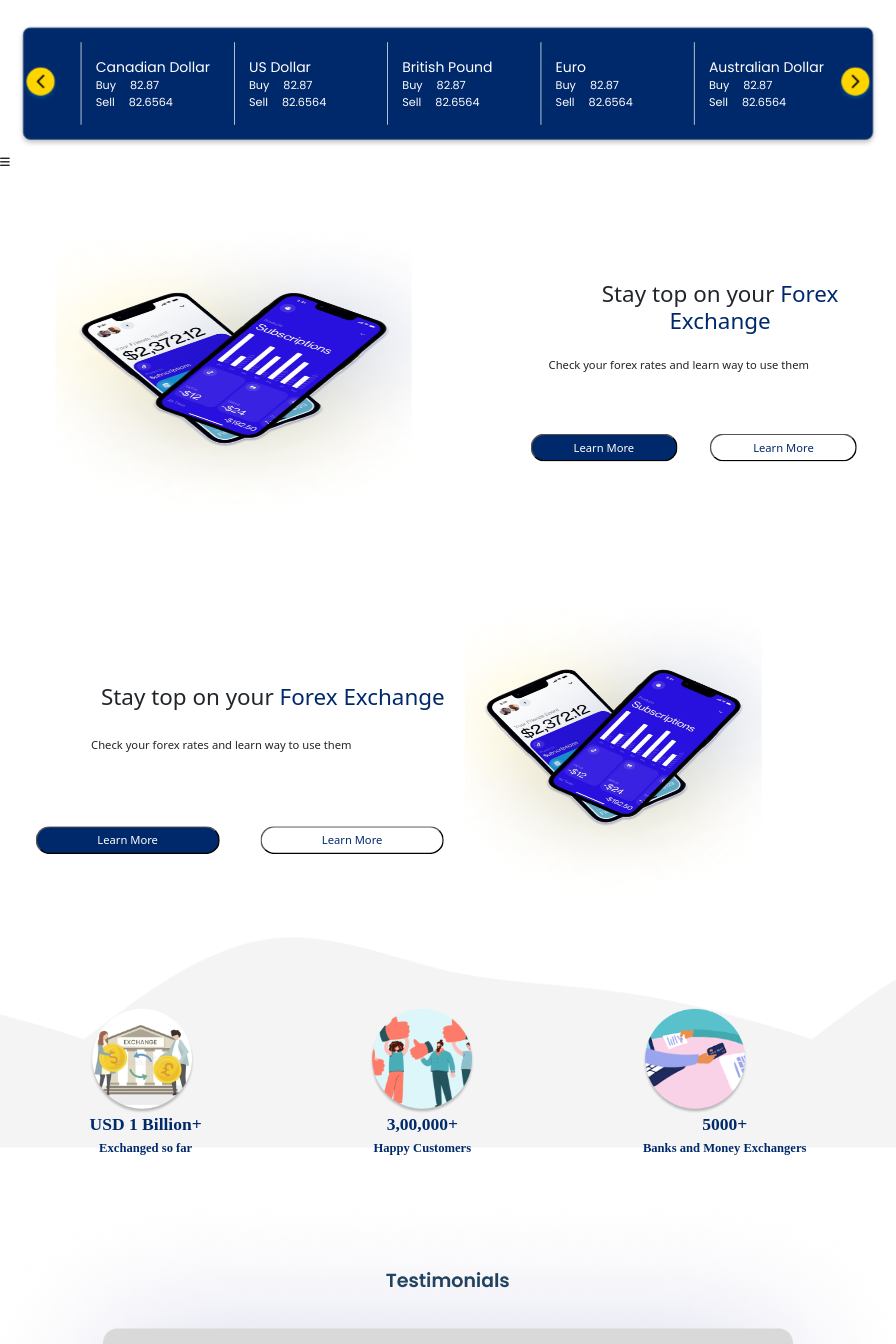
Repository: FlyweisReact/Akshadeep-latest
Page: /
The author's editor kept a copy of each file at every save. The page is drawn from the files as they stood at one save, then again after the next save.
The browser window is 1280 px wide. The pictures show the part of the page from y = 745 to 2665 px (the page is 4508 px tall before and 4532 px after), at 70% of full size.
Some web libraries are served in a nearby version. The project was rebuilt for these pictures with package versions that can differ from the ones it lists, and the page was loaded fresh each time. Also part of the build but not shown: src/components/exchange.jsx, src/components/order_p1.jsx, src/components/order_p2.jsx, src/components/faas.jsx, src/components/offer.jsx, src/components/main2.jsx, src/components/home.jsx, src/components/slider.jsx and 6 more.

Above is the page before, as saved 2023-05-23 15:40:23.

### public/index.html
<!DOCTYPE html>
<html lang="en">
  <head>
    <meta charset="utf-8" />
    <link rel="icon" href="%PUBLIC_URL%/favicon.ico" />
    <meta name="viewport" content="width=device-width, initial-scale=1" />
    <meta name="theme-color" content="#000000" />
    <meta
      name="description"
      content="Web site created using create-react-app"
    />
    <link rel="apple-touch-icon" href="%PUBLIC_URL%/logo192.png" />

    <link rel="manifest" href="%PUBLIC_URL%/manifest.json" />
    <link rel="stylesheet" href="https://cdnjs.cloudflare.com/ajax/libs/font-awesome/5.15.3/css/all.min.css" />
    <link href="https://cdn.jsdelivr.net/npm/bootstrap@5.3.0-alpha1/dist/css/bootstrap.min.css" rel="stylesheet" integrity="sha384-GLhlTQ8iRABdZLl6O3oVMWSktQOp6b7In1Zl3/Jr59b6EGGoI1aFkw7cmDA6j6gD" crossorigin="anonymous">
    <title>React App</title>
  </head>
  <body>
    <noscript>You need to enable JavaScript to run this app.</noscript>
    <div id="root"></div>
    <script src="https://kit.fontawesome.com/b533b351e4.js" crossorigin="anonymous"></script>
  </body>
</html>

### src/components/Main.jsx
/** @format */

import React from "react";
import Navbar from "./navbar";
import "react-responsive-carousel/lib/styles/carousel.min.css";
import BottomCont from "./bottom_cont";
import Footer from "./footer";
import img from "../Images/a-7.png";
import img5 from "../Images/a-58.png";
import UpperForm from "./Component/Index/UpperForm";
import UpperSlider from "./Component/Index/UpperSlider";
import CurrencySlider from "./Component/Index/CurrencySlider";

function Main() {
  return (
    <>
      <Navbar />

      <div className="upper-two-component">
        <div className="left-component">
          <UpperForm />
        </div>
        <div className="right-component">
          <UpperSlider />
        </div>
      </div>

      <div className="Index-currency_cont">
        <CurrencySlider />
      </div>

      <div className="Index_center_button">
      <i className="fa-solid fa-bars"></i>
        <p></p>
      </div>

      {/* <div className="main-mid-2-cont">
        <img src={img5} alt="" />
      </div> */}

      <div className="main-2-cont">
        <div className="main-2-left">
          <img src={img} alt="" />
        </div>
        <div className="main-2-right">
          <h2>
            Stay top on your <spam className="sp">Forex Exchange</spam>
          </h2>
          <p>Check your forex rates and learn way to use them</p>
          <div className="main-2-r-btn">
            <button className="main-2l-btn">Learn More</button>
            <button className="main-2r-btn">Learn More</button>
          </div>
        </div>
      </div>
      <div className="main-3-cont">
        <div className="main-3-left">
          <h2>
            Stay top on your <spam className="sp">Forex Exchange</spam>
          </h2>
          <p>Check your forex rates and learn way to use them</p>
          <div className="main-2-r-btn">
            <button className="main-2l-btn">Learn More</button>
            <button className="main-2r-btn">Learn More</button>
          </div>
        </div>
        <div className="main-3-right">
          <img src={img} alt="" />
        </div>
      </div>
      <BottomCont />
      <Footer />
    </>
  );
}

export default Main;

### src/Style/Header.css
/** @format */

.Sticky-Header-Companent {
  height: 100%;
  background-color: var(--white);
  position: sticky;
  top: 0;
  z-index: 999;
  padding: 20px;
  transition: box-shadow 0.3s ease;
}

.scrolled {
  box-shadow: rgba(0, 0, 0, 0.24) 0px 3px 8px;
}

.Header {
  width: 100%;
  display: flex;
  justify-content: space-between;
  align-items: center;
}

.Header .left-component a {
  font-family: InterFont;
  font-size: 2rem;
  color: #000000;
  cursor: pointer;
  text-decoration: none;
}

.Header .right-component {
  display: flex;
  gap: 20px;
}
.Header .right-component .btn1 {
  font-weight: 500;
  font-size: var(--medium-font);
  color: var(--black);
  background-color: transparent;
  border: none;
}
.Header .right-component .btn2 {
  font-size: var(--medium-font);
  color: var(--white);
  background-color : #00296B;
  border: 1px solid #00296B;
  padding: 10px;
  width: 200px;
  border-radius: var(--half-border);
}

/* Category Drop- Down */
.Drop-Category-Bar {
  display: flex;
  align-items: center;
}
.Drop-Category-Bar .left-container {
  width: 20%;
  padding: 20px;
}

.Drop-Category-Bar .right-Container {
  display: flex;
  width: 60%;
  justify-content: space-evenly;
}

.Drop-Category-Bar .left-container i {
  font-size: var(--medium-font);
  cursor: pointer;
}
.Drop-Category-Bar .right-Container #dropdown-basic {
  border: none;
  font-size: var(--medium-font);
  font-style: normal;
  line-height: 29px;
  color: #333131;
}
.Drop-Category-Bar .right-Container #dropdown-button-drop-end {
  width: 100%;
  display: flex;
  justify-content: space-between;
  gap: 20px;
  align-items: center;
  font-size: var(--small-font);
  border: none;
}
.Drop-Category-Bar .right-Container .dropdown-item {
  width: 100%;
  font-size: var(--small-font);
  border: none;
  padding-left: 12px;
}

/* FullScreen Offcanvas */
.offcanvas.offcanvas-start {
  width: 100% !important;
  background-color: transparent;
}
.offcanvas-backdrop.show {
  opacity: 0.9 !important;
}
.Offcanvas-Menu {
  position: relative;
  padding: 20px;
}
.Offcanvas-Menu .fa-x {
  font-size: var(--medium-font);
  color: #fff;
  position: absolute;
  right: 20px;
  top: 20px;
  cursor: pointer;
}
.Offcanvas-Menu .Menu-Items {
  display: flex;
  justify-content: space-evenly;
  align-items: center;
  position: absolute;
  top: 50%;
  gap: 20px;
  left: 50%;
  transform: translate(-50%, -50%);
  width: 100%;
  padding-left: 5%;
  padding-right: 5%;
}
.Offcanvas-Menu .Menu-Items div {
  width: 20%;
  cursor: pointer;
}
.Offcanvas-Menu .Menu-Items div img {
  display: block;
  margin: auto;
}
.Offcanvas-Menu .Menu-Items div a {
  text-decoration: none;
}
.Offcanvas-Menu .Menu-Items p {
  font-size: var(--medium-font);
  color: #ffffff;
  text-align: center;
  margin-top: 10px;
  font-family: OpenFont;
  text-decoration: none;
  width: 100%;
}

### src/Style/Layout.css
/* Two Section Component */
.upper-two-component {
    display: flex;
    justify-content: space-evenly;
    padding-top: 20px;
}
.upper-two-component .left-component{
    width: 40%;
}
.upper-two-component .right-component{
    width: 50%;
}

/* Currency Container */
.Index-currency_cont{
    width: 98%;
    margin: auto;
    padding: 20px;
    filter: drop-shadow(0px 4px 4px rgba(0, 0, 0, 0.25));
    padding-top: 5%;
}

### src/Style/Component.css
/**
 * Upper Form Component
 *
 * @format
 */

.Index-Upper-Form {
  width: 100%;
  padding-top: 20px;
}
.Index-Upper-Form .button-container {
  display: flex;
  align-items: center;
  justify-content: center;
  gap: 10px;
  width: 100%;
}
.Index-Upper-Form .button-container button {
  background-color: #fff;
  color: #333;
  border: 1px solid #ffd500;
  font-size: var(--small-font);
  cursor: pointer;
  padding: 10px;
  width: 20%;
  font-family: OpenFont;
  border-radius: 4px;
  transition: 0.5s;
}
.Index-Upper-Form .button-container button:hover {
  background: #ffd500;
}
.Index-Upper-Form .form-cont {
  width: 100%;
  margin-top: 10px;
  background: #00296b;
  border: 1px solid #333131;
  box-shadow: 0px 0px 100px 8px rgba(255, 213, 0, 0.3);
  border-radius: 12px;
  position: relative;
  padding: 20px;
}
.Index-Upper-Form .form-cont .form-part-1 .two-cont {
  display: flex;
  justify-content: space-between;
  width: 100%;
}
.Index-Upper-Form .form-cont .form-part-1 .two-cont div {
  width: 45%;
}
.Index-Upper-Form .form-cont .form-part-1 .two-cont div label {
  color: var(--white);
  font-size: var(--extra-small-font);
  font-family: PoppinFont;
  line-height: 24px;
  color: #ffffff;
}

.Index-Upper-Form .form-cont .form-part-1 .two-cont div select {
  width: 100%;
  margin-top: 3px;
  outline: none;
  font-size: var(--extra-small-font);
  color: #897f7f;
  font-family: PoppinFont;
  padding: 10px;
  border-radius: 4px;
  border: 1px solid #897f7f;
}
.Index-Upper-Form .form-cont .form-part-1 .rate {
  font-size: 16px;
  line-height: 24px;
  color: #ffffff;
  margin-top: 10px;
  font-family: PoppinFont;
}
.Index-Upper-Form .form-cont .form-part-1 .two-cont div input {
  width: 100%;
  margin-top: 3px;
  outline: none;
  font-size: var(--extra-small-font);
  color: #897f7f;
  font-family: PoppinFont;
  padding: 10px;
  border-radius: 4px;
  border: 1px solid #897f7f;
}
.Index-Upper-Form .form-cont .form-part-1 .two-cont div input::placeholder {
  color: #897f7f;
}
.Index-Upper-Form .form-cont .form-part-1 .two-cont .two-section {
  display: flex;
  gap: 10px;
  color: var(--white);
  margin-top: 10px;
  align-items: center;
}
.Index-Upper-Form .form-cont .form-part-1 .two-cont .two-section p {
  margin: 0;
  font-family: PoppinFont;
}
.Index-Upper-Form .form-cont .form-part-1 .two-cont .two-section button {
  background-color: #214360;
  outline: none;
  border: 1px solid #214360;
  color: var(--white);
  font-family: PoppinFont;
}
.Index-Upper-Form .form-cont .form-part-1 .two-cont .two-section i {
  color: #ffd500;
}
.Index-Upper-Form .form-cont .form-part-1 .two-cont .two-section .add {
  color: #ffd500;
  text-decoration: underline;
}
.Index-Upper-Form .form-cont .ord-btn {
  font-size: var(--medium-font);
  font-family: PoppinFont;
  background: #ffd500;
  border-radius: 30.2748px;
  border: none;
  width: 40%;
  padding: 10px;
  display: block;
  margin: auto;
  position: absolute;
  top: 98%;
  cursor: pointer;
  left: 50%;
  transform: translate(-50%, -50%);
}

/* Slick Slider */
.slick-slider-Cont {
  position: relative;
}
.slick-slider-Cont .Prev-Next_cont {
  display: flex;
  justify-content: space-between;
}
.slick-slider-Cont .Prev-Next_cont .PrevImg {
  position: absolute;
  top: 50%;
  left: 5%;
  transform: translate(-50%, -50%);
  cursor: pointer;
}
.slick-slider-Cont .Prev-Next_cont .NextImg {
  position: absolute;
  top: 50%;
  left: 95%;
  transform: translate(-50%, -50%);
  cursor: pointer;
}

.Slick-Slider {
  height: 100%;
  padding: 20px;
}
.Slick-Slider .slider-container-div {
  width: 100%;
}
.Slick-Slider .slider-container-div p {
  font-family: PoppinFont;
  font-size: 24px;
  line-height: 40px;
  color: #000;
  text-align: center;
  margin: 0;
}
.Slick-Slider .slider-container-div img {
  display: block;
  margin: auto;
}
.Slick-Slider:focus {
  border: none !important;
}
.Slick-Slider:active {
  border: none !important;
}

.Slick-Slider .slider-container-div .two-comp {
  display: flex;
  justify-content: space-evenly;
  gap: 10px;
}
.Slick-Slider .slider-container-div .two-comp .left-comp {
  width: 45%;
  position: relative;
}
.Slick-Slider .slider-container-div .two-comp .left-comp img {
  position: absolute;
  top: 50%;
  left: 50%;
  transform: translate(-50%, -50%);
}
.Slick-Slider .slider-container-div .two-comp .right-comp {
  width: 60%;
}
.Slick-Slider .slider-container-div .two-comp .right-comp div {
  display: flex;
  padding-top: 20px;
  gap: 20px;
  align-items: center;
}
.Slick-Slider .slider-container-div .two-comp .right-comp p {
  margin: 0;
  font-size: var(--extra-small-font);
  line-height: normal;
  width: 90%;
  text-align: left;
}
.Slick-Slider .slider-container-div .two-comp .right-comp i {
  margin: 0;
  background-color: #00a067;
  color: #fff;
  border-radius: 100%;
  padding: 5px;
}


/* Currency-Slider  */
.currency_slider_cont{
  background-color: #00296B;
  border: 1px solid #00296B;
  border-radius: 10px;
  position: relative;
  width: 100%;
}
.currency_slider_cont .currency_slider{
  height: 100%;
  padding: 20px;
  padding-left: 5%;
  padding-right: 5%;
}
.currency_slider_cont .currency_slider:focus {
  border: none !important;
}
.currency_slider_cont .currency_slider:active {
  border: none !important;
}

.currency_slider_cont .currency_slider .Item{
  color: #fff;
  border-right: 1px solid #fff;
  padding: 20px;
  width: 20%;
}
.currency_slider_cont .currency_slider .Item p{
  margin: 0;
}
.currency_slider_cont .currency_slider .Item .head{
  font-family: PoppinFont;
  font-size: var(--medium-font);
}
.currency_slider_cont .currency_slider .Item .two_sec{
  display: flex;
  align-items: center;
  gap: 20px;
}
.currency_slider_cont .currency_slider .Item .two_sec p{
  font-family: PoppinFont;
font-size: var(--extra-small-font);
}
.currency_slider_cont .Prev-Next_cont {
  display: flex;
  justify-content: space-between;
}
.currency_slider_cont .Prev-Next_cont .PrevImg {
  position: absolute;
  top: 50%;
  left: 2%;
  transform: translate(-50%, -50%);
  cursor: pointer;
}
.currency_slider_cont .Prev-Next_cont .NextImg {
  position: absolute;
  top: 50%;
  left: 98%;
  transform: translate(-50%, -50%);
  cursor: pointer;
}

.slick-prev:before {
  display: none !important;
}
.slick-next:before{
  display: none
  ;
}

### src/components/navbar.jsx
import Header from "./Layout/Header";

const Navbar = () => {
  return (
    <>
      <Header />

    </>
  );
};

export default Navbar;

### src/components/bottom_cont.jsx
import React from "react";
import img from "../Images/a-33.png";
import img2 from "../Images/a-34.png";
import img3 from "../Images/a-35.png";
import img4 from "../Images/a-36.png";
import img5 from "../Images/a-37.png";
import img6 from "../Images/a-51.png";

const BotCont = () => {
  return (
    <>
      <div className="bot-part-1">
        <div className="bot-cont-imgs">
          <div>
            <img src={img} />
            <h6>USD 1 Billion+</h6>
            <p>Exchanged so far</p>
          </div>
          <div>
            <img src={img2} />
            <h6>3,00,000+</h6>
            <p>Happy Customers</p>
          </div>
          <div>
            <img src={img3} />
            <h6>5000+</h6>
            <p>Banks and Money Exchangers</p>
          </div>
        </div>
      </div>
      <div className="bot-part-3">
        <img src={img6} />
      </div>
      <div className="bot-part-2">
        <h3>Media Mentions</h3>
        <div className="bot-part-2-sub">
          <div className="bot-cont-card">
            <h4>Loren Ipsum Id best Platform out there</h4>
            <p>
              Lorem Ipsum is simply dummy text of the printing and typesetting
              industry. Lorem Ipsum has been the industry's standard dummy text
              ever since the 1500s, when an unknown printer took a galley of
              type and scrambled it to make a type specimen book.
            </p>
            <div className="thin-line"></div>
            <div className="bot-cont-card-2">
              <img src={img4} />
              <p>5 star</p>
            </div>
          </div>
          <div className="bot-cont-card">
            <h4>Loren Ipsum Id best Platform out there</h4>
            <p>
              Lorem Ipsum is simply dummy text of the printing and typesetting
              industry. Lorem Ipsum has been the industry's standard dummy text
              ever since the 1500s, when an unknown printer took a galley of
              type and scrambled it to make a type specimen book.
            </p>
            <div className="thin-line"></div>
            <div className="bot-cont-card-2">
              <img src={img5} style={{height:"40px"}} />
              <p>5 star</p>
            </div>
          </div>
        </div>
      </div>
    </>
  );
};

export default BotCont;

### src/components/footer.jsx
import React from "react";

const Footer = () => {
  return (
    <footer className="footer">
      <div className="footer-cont">
        <div className="foot-row">
          <div className="foot-col">
            <h3>Company</h3>
            <p>About Us</p>
            <p>Contact Us</p>
            <p>Careers</p>
          </div>
          <div className="foot-col">
            <h3>Services</h3>
            <p>Prepaid Travel Card</p>
            <p>Foreign Demand Draft</p>
            <p>Foreign Currency</p>
            <p>Educational Loans</p>
            <p>Remmittance</p>
            <p>Travel Insurance</p>
            <p>Forex as a Service (Faas Solution)</p>
          </div>
          <div className="foot-col">
            <h3>Quick Links</h3>
            <p>FAQs</p>
            <p>Cancellation & Refund Policy</p>
            <p>Forex Rates</p>
            <p>Our Policies</p>
            <p>Terms of Use</p>
            <p>Site Map</p>
            <p>Offers</p>
          </div>
          <div className="foot-col">
            <h3>Insight</h3>
            <p>Blogs</p>
            <p>Press Release</p>
            <p>Foreign Currency</p>
            <p>Educational Loans</p>
            <p>Remmittance</p>
            <p>Travel Insurance</p>
            <p>Forex as a Service (Faas Solution)</p>
          </div>
          <div className="foot-col">
            <h3>Registered Office Address</h3>
            <p>Lorem Ipsum Pvt ltd.</p>
            <p>P-701 to P-705 lorem ipsum , 7th floor, 11th tower, panchsheel primerose, vatista
                , Gurugram, Hariyana
            </p>
            {/*<ul className="social-icons">
              <li>
                <a href="#">
                  <i className="fab fa-facebook-f"></i>
                </a>
              </li>
              <li>
                <a href="#">
                  <i className="fab fa-twitter"></i>
                </a>
              </li>
              <li>
                <a href="#">
                  <i className="fab fa-linkedin"></i>
                </a>
              </li>
              <li>
                <a href="#">
                  <i className="fab fa-instagram"></i>
                </a>
              </li>
            </ul>*/}
          </div>
        </div>
      </div>
      <div className="footer-bottom">
        <p>&copy; 2023 Forex Inc. All Rights Reserved.</p>
      </div>
    </footer>
  );
};

export default Footer;

### src/components/signup.jsx
import Button from "react-bootstrap/Button";
import Modal from "react-bootstrap/Modal";

function MyVerticallyCenteredModal(props) {
  return (
    <Modal
      {...props}
      size="lg"
      aria-labelledby="contained-modal-title-vcenter"
      centered
    >
      <Modal.Body>
        <div className="popupe-container">
          <div className="popupe">
            <span className="close" onClick={props.onHide}>
              &times;
            </span>
            <h2 className="form-title">Register</h2>
            <form>
              <div class="form-groupe">
                <label for="name" className="label-inp">Name</label>
                <input type="text" id="name" name="name" placeholder="Enter your name here" />
              </div>
              <div class="form-groupe">
                <label for="mobile" className="label-inp">Mobile Number</label>
                <input type="email" id="email" name="email" placeholder="Enter your mobile no here"/>
              </div>
              <div class="form-groupe">
                <label for="email" className="label-inp">Email</label>
                <input type="email" id="email" name="email" placeholder="Enter your email here"/>
              </div>
              <button type="submit" className="btn-form-submit">Submit</button>
            </form>
            <h2 className="form-title">Or</h2>
            <div className="form-bot-cont">
              <div className="left-btn">
                  <button className="btn-2">
                  <i class="fab fa-facebook-f fc" ></i>
                  facebook</button>
              </div>
              <div className="right-btn">
                  <button className="btn-2">
                  <i class="fab fa-google-plus-g gl"></i>
                    Google</button>
              </div>
            </div>
            </div>
          </div>
      </Modal.Body>
    </Modal>
  );
}

export default MyVerticallyCenteredModal;

### src/components/login.jsx

import Modal from "react-bootstrap/Modal";

function MyVerticallyCenteredModal(props) {
  return (
    <Modal
      {...props}
      size="lg"
      aria-labelledby="contained-modal-title-vcenter"
      centered
    >
      <Modal.Body>
        <div className="popupe-container">
          <div className="popupe">
            <span className="close" onClick={props.onHide}>
              &times;
            </span>
            <h2 className="form-title">Login</h2>
            <form>
              <div class="form-groupe">
                <label for="name" className="label-inp">Mobile Number/ Email Id</label>
                <input type="text" id="name" name="name" placeholder="Enter mobile number/ email Id" />
              </div>
              <button type="submit" className="btn-form-submit">Submit</button>
            </form>
            </div>
            <h2 className="form-title">Or</h2>
            <div className="form-bot-cont">
              <div className="left-btn">
                  <button className="btn-2">
                  <i class="fab fa-facebook-f fc" ></i>
                  facebook</button>
              </div>
              <div className="right-btn">
                  <button className="btn-2">
                  <i class="fab fa-google-plus-g gl"></i>
                    Google</button>
              </div>
            </div>
          </div>
      </Modal.Body>
    </Modal>
  );
}

export default MyVerticallyCenteredModal;

Loaded but not shown: src/Json/menu.json (187 lines, source omitted); src/components/Component/Index/UpperSlider.js (180 lines, source omitted); src/components/Component/Index/CurrencySlider.js (162 lines, source omitted); src/components/Component/Index/UpperForm.js (74 lines, source omitted); src/components/Layout/DropBar.js (60 lines, source omitted); src/components/Layout/Sidebar.js (70 lines, source omitted); src/App.js (50 lines, source omitted); src/components/Layout/Header.js (56 lines, source omitted); src/index.js (13 lines, source omitted); src/index.css (2406 lines, source omitted)

After the next save:
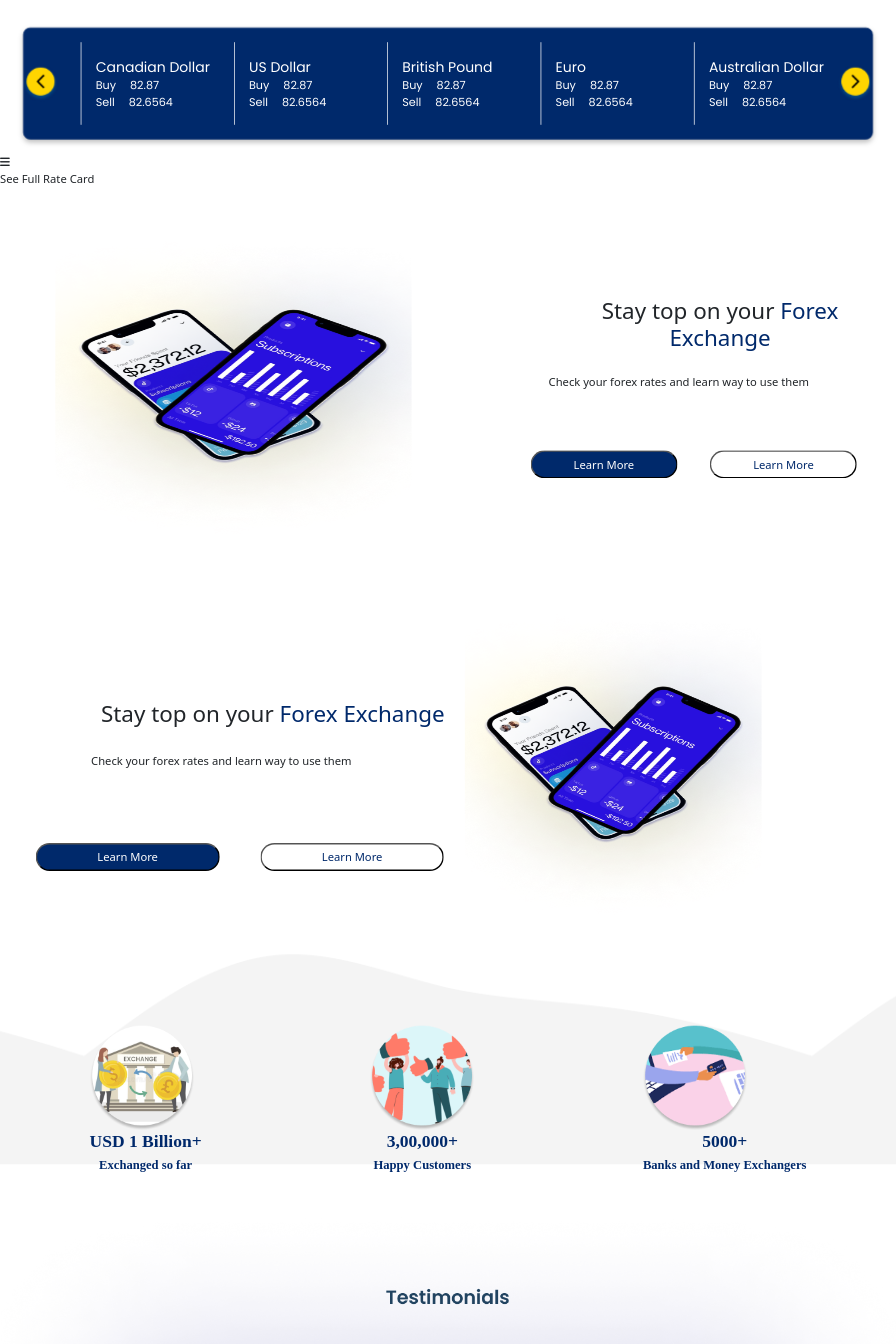
Saved 11 s later.
--- a/src/components/Main.jsx
+++ b/src/components/Main.jsx
@@ -31,7 +31,7 @@ function Main() {
 
       <div className="Index_center_button">
       <i className="fa-solid fa-bars"></i>
-        <p></p>
+        <p>See Full Rate Card</p>
       </div>
 
       {/* <div className="main-mid-2-cont">
